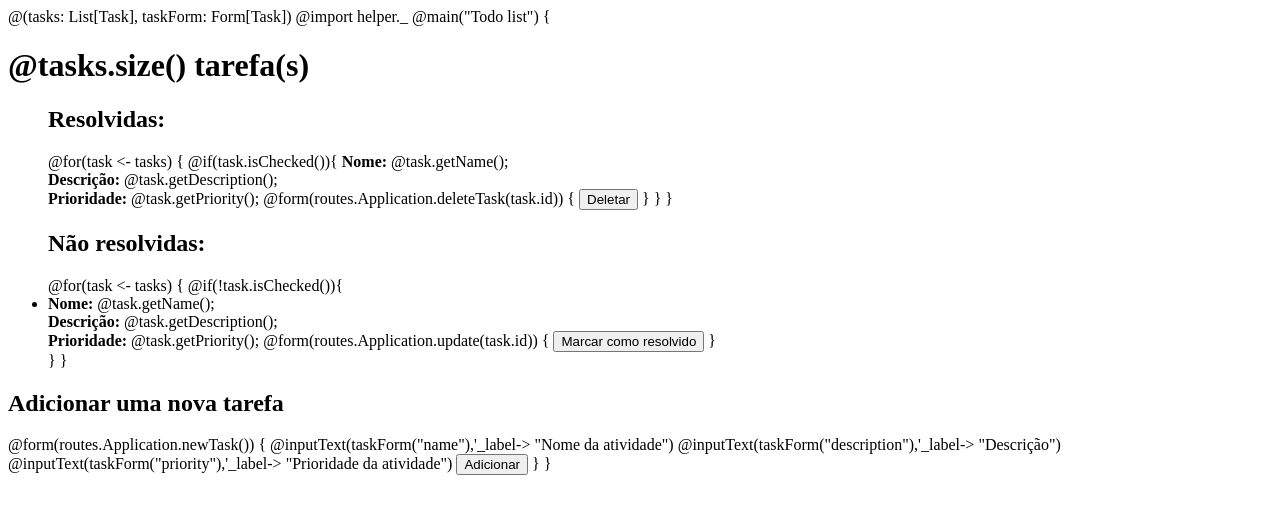
Repository: analuizamtg/si1
Page: lab2/todolist/.target/views/index.scala.html
An editor plug-in stored every save of this project. The page is shown before and after the next save, followed by the edit.
The browser window is 1280 px wide. The pictures show the whole page.

Above is the page before, as saved 2013-11-26 22:44:24.

After the next save:
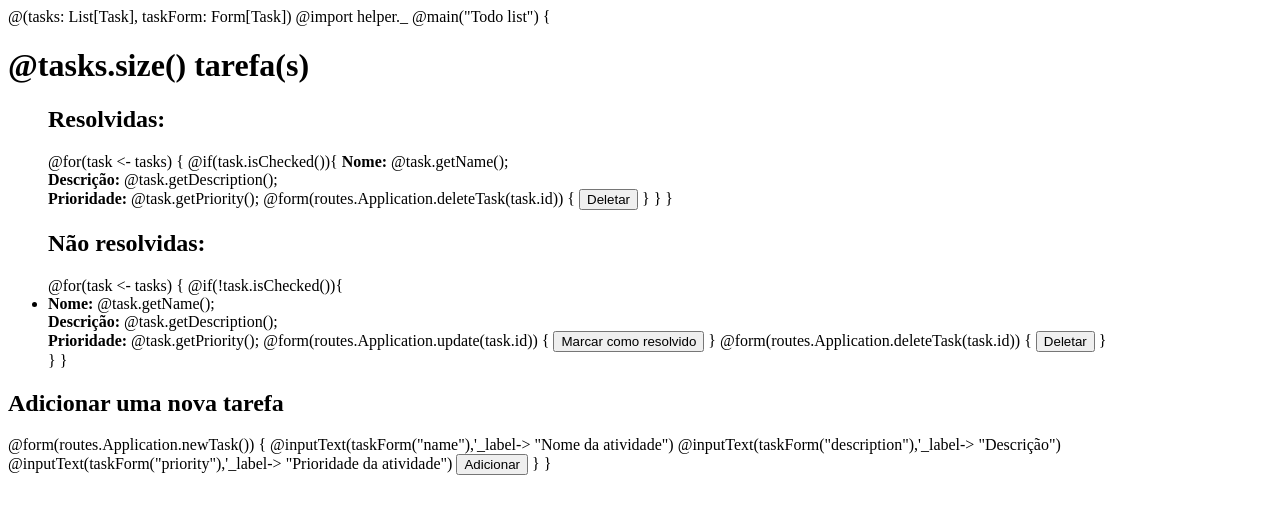
Saved 7 min 8 s later.
--- a/lab2/todolist/.target/views/index.scala.html
+++ b/lab2/todolist/.target/views/index.scala.html
@@ -33,6 +33,9 @@
                 @form(routes.Application.update(task.id)) {
                     <input type="submit" value="Marcar como resolvido">
                 }
+                @form(routes.Application.deleteTask(task.id)) {
+                    <input type="submit" value="Deletar">
+                }
 
             </li>
 
